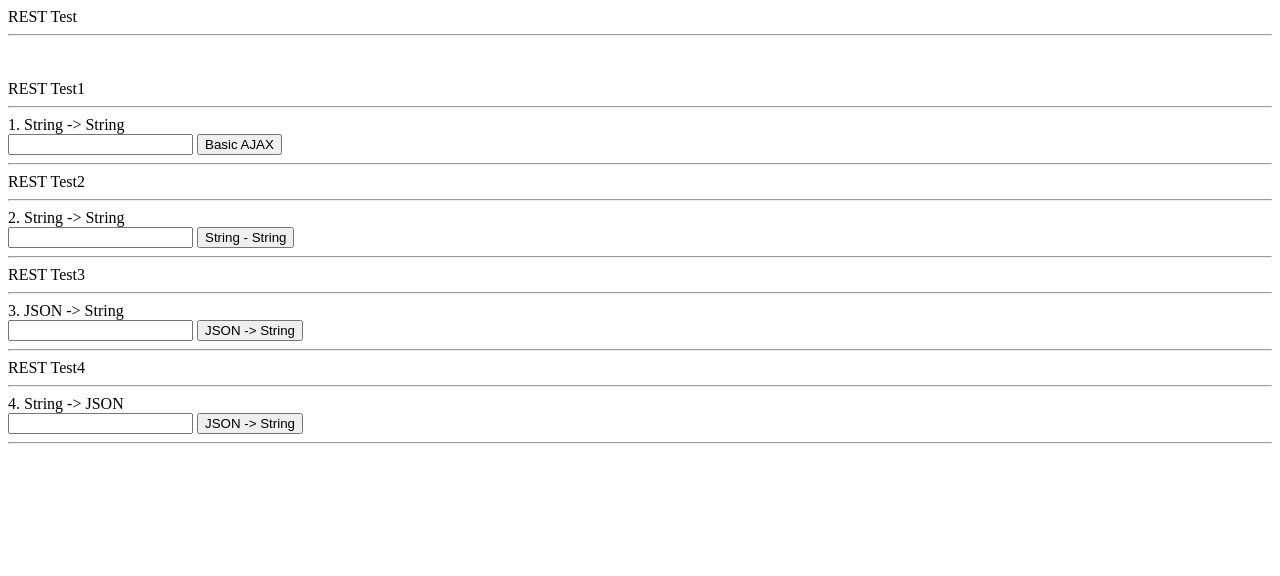
Repository: hinoky4693/workspace_spring
Page: http://localhost/spring3_prj/lec05_rest/rest_test2.jsp
These files come from the project's save history. The page is drawn as it stood at one moment and after the next save; the edit follows.
The browser window is 1280 px wide. The pictures show the whole page.
The page is served by Tomcat 9. Nobody is signed in. The application's start-up code is not run. Other server files are loaded and not shown.

Above is the page before, as saved 2024-06-17 03:45:17.

### spring3_prj/src/main/webapp/lec05_rest/rest_test2.jsp
<%@ page language="java" contentType="text/html; charset=UTF-8"
    pageEncoding="UTF-8"%>
<%@taglib uri="http://java.sun.com/jsp/jstl/core" prefix="c"%>
<%@taglib uri="http://java.sun.com/jsp/jstl/fmt"  prefix="fmt"%>
<%@ taglib uri="http://java.sun.com/jsp/jstl/functions" prefix="fn"%>
<!DOCTYPE html>
<html>
<head>
<meta charset="UTF-8">
<title>Insert title here</title>
</head>
<body>
REST Test<hr>
<div id="resultDIV"></div><br><br>

REST Test1<hr>
1. String -> String<br>
<input type="text" id="ename" name="ename">
<input type="button" id="ajax_test" value="Basic AJAX"><hr>

REST Test2<hr>
2. String -> String<br>
<input type="text" id="ename2" name="ename2">
<input type="button" id="string_string" value="String - String"><hr>

REST Test3<hr>
3. JSON -> String<br>
<input type="text" id="ename3" name="ename3">
<input type="button" id="json_string" value="JSON -> String"><hr>

REST Test4<hr>
4. String -> JSON<br>
<input type="text" id="ename4" name="ename4">
<input type="button" id="string_json" value="JSON -> String"><hr>


<script src="https://code.jquery.com/jquery-3.7.1.js"></script>
<script>
$(function(){
	// 공통 : 테이블 그리는 함수.
	function makeTable(myval){
			var htmlStr = "<table border=1 width=50%><tr><th>제목</th><th>글쓴이</th></tr>";
			$.map( myval, function( MYval, MYidx ) {
				htmlStr += "<tr><td>" +MYval["title"] + "</td><td>"+MYval["regid"] +"</td></tr>"
			});
			htmlStr += "</table>";
			$("#resultDIV").empty();
			$("#resultDIV").html("1. <b>"+htmlStr+"</b>");
			console.log("200 ok");
		 }
	$("#ajax_test").click(  function(){
		var ename = $("#ename").val();

		$.ajax({
			method      : "GET",
	        url         : "${pageContext.request.contextPath}/RestServletTest?pagecode=B000",
	        data 		: "ename="+ename,
	  		error 	    : function(myval){ console.log("에러:" + myval);   },
	  		success     : function(myval){
	  										console.log("성공:" + myval);
	  										console.log("200 ok");
	  										$("#resultDIV").html("<b>"+myval+"</b>");
	  									 }
		});
	});


	$("#string_string").click(  function(){
		var ename2 = $("#ename2").val();

		$.ajax({
			method      : "GET",
	        url         : "${pageContext.request.contextPath}/RestServletTest?pagecode=B001",
	        data 		: "ename="+ename2,
	  		error 	    : function(myval){ console.log("에러:" + myval);   },
	  		success     : function(myval){
											console.log("변환 전 : " + myval);
											myval = JSON.parse(myval);
											console.log("변환 후 :" + myval);
	  										makeTable(myval);
	  									 }
		});
	});

	$("#json_string").click(  function(){
		var objData = {"title":"제목입니다","contents":"내용입니다"};
		$.ajax({
			method      : "POST",
	        url         : "${pageContext.request.contextPath}/RestServletTest?pagecode=B002",
	        data		: JSON.stringify(objData),
	        contentType : "application/json; charset=UTF-8",
	  		error 	    : function(myval){ console.log("에러:" + myval);   },
	  		success     : function(myval){
											console.log("변환 전 : " + myval);
											myval = JSON.parse(myval);
											console.log("변환 후 :" + myval);
	  										makeTable(myval);
	  									 }
		});
	});

	$("#string_json").click(  function(){
		var ename4=$("ename4").val();
		$.ajax({
			method      : "POST",
	        url         : "${pageContext.request.contextPath}/RestServletTest?pagecode=B003",
	        data 		: "ename="+ename4,
	  		error 	    : function(myval){ console.log("에러:" + myval);   },
	  		success     : function(myval){
	  										console.log(myval);
											makeTable(myval);
	  									 }
		});
	});

	$("#json_json").click(  function(){
		var objData = {"title":"제목입니다","contents":"내용입니다"};
		$.ajax({
			method      : "POST",
	        url         : "${pageContext.request.contextPath}/RestServletTest?pagecode=B004",
	        data 		: "ename="+ename4,
	  		error 	    : function(myval){ console.log("에러:" + myval);   },
	  		success     : function(myval){
	  										console.log(myval);
											makeTable(myval);
	  									 }
		});
	});

})

</script>

</body>
</html>

After the next save:
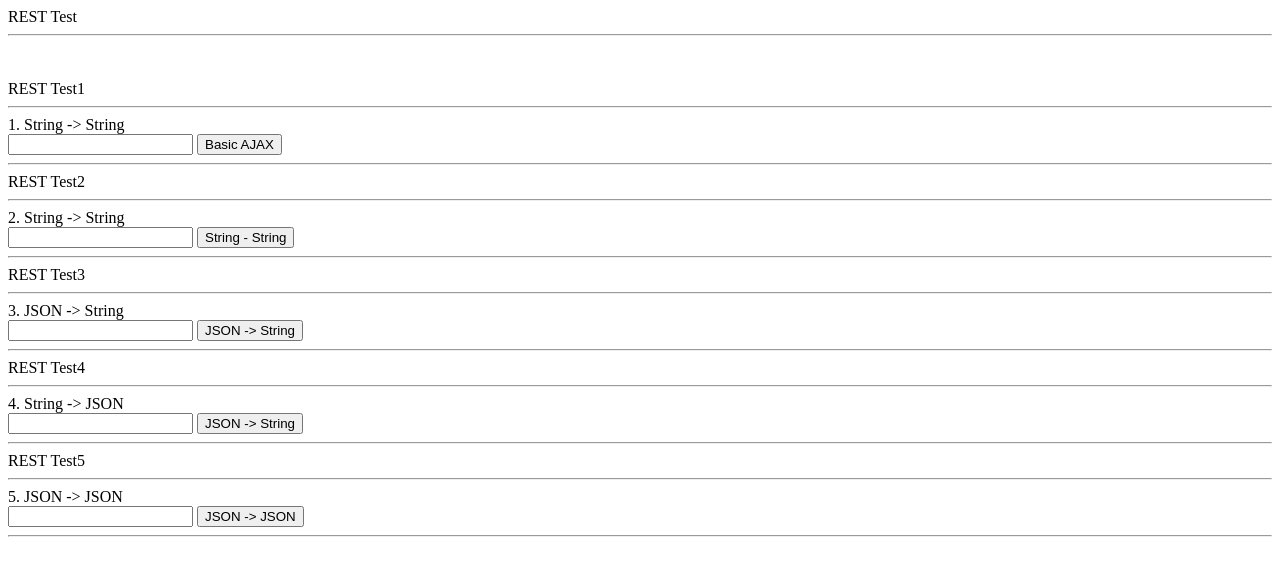
Saved 4 min 4 s later.
--- a/spring3_prj/src/main/webapp/lec05_rest/rest_test2.jsp
+++ b/spring3_prj/src/main/webapp/lec05_rest/rest_test2.jsp
@@ -32,6 +32,11 @@ REST Test4<hr>
 4. String -> JSON<br>
 <input type="text" id="ename4" name="ename4">
 <input type="button" id="string_json" value="JSON -> String"><hr>
+
+REST Test5<hr>
+5. JSON -> JSON<br>
+<input type="text" id="ename5" name="ename5">
+<input type="button" id="string_json" value="JSON -> JSON"><hr>
 
 
 <script src="https://code.jquery.com/jquery-3.7.1.js"></script>
